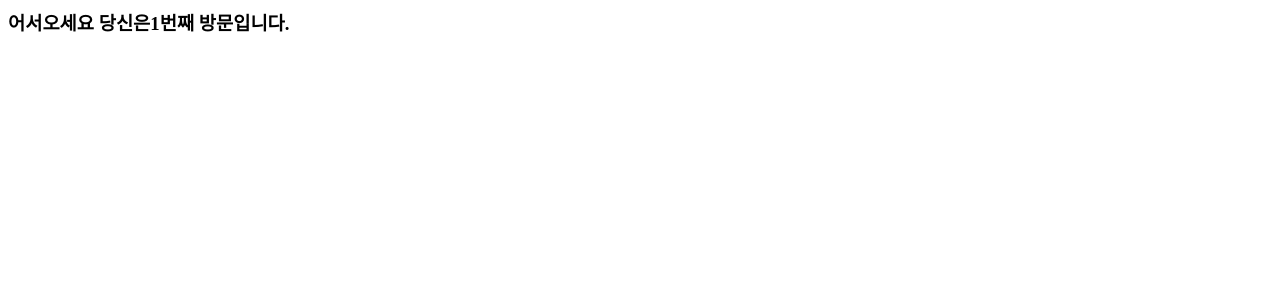
Repository: kdh4357065/3_highjava
Page: http://localhost/webTest/cookieCount.do
An editor plug-in stored every save of this project. The page is shown before and after the next save, followed by the edit.
The browser window is 1280 px wide. The pictures show the whole page.
The page is served by Tomcat 9.

Above is the page before, as saved 2023-03-29 09:34:45.

After the next save:
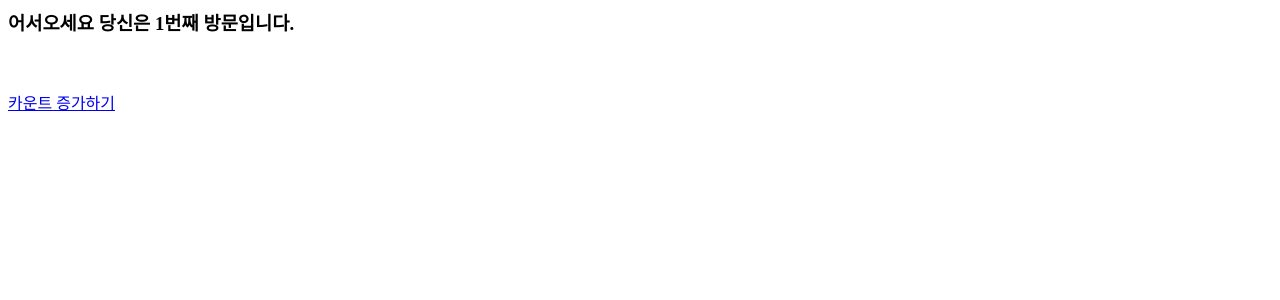
Saved 4 min 2 s later.
--- a/WorkSpace/webTest/src/main/java/kr/or/ddit/basic/cookie/CookieCount.java
+++ b/WorkSpace/webTest/src/main/java/kr/or/ddit/basic/cookie/CookieCount.java
@@ -27,7 +27,10 @@ public class CookieCount extends HttpServlet {
 		response.addCookie(countCookie);
 		out.println("<html><head><meta charset='utf-8'><title>쿠키연습</title></head>");
 		out.println("<body>");
-		out.println("<h3>어서오세요 당신은"+ num +"번째 방문입니다.</h3><br><br>");
+		out.println("<h3>어서오세요 당신은 "+ num +"번째 방문입니다.</h3><br><br>");
+		out.println("<a href='"+request.getContextPath()+
+				"/basic/cookie/cookieCount.do'>카운트 증가하기</a>");
+
 
 		out.println("</body></html>");
 	}
